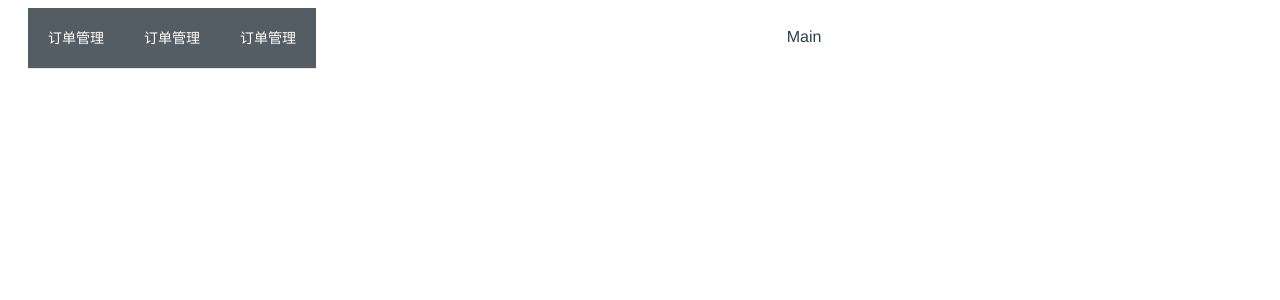
Repository: TheWomanLiketheWind/woodpecker
Page: /
The author's editor kept a copy of each file at every save. The page is drawn from the files as they stood at one save, then again after the next save.
The browser window is 1280 px wide. The pictures show the whole page.
The project was rebuilt for these pictures with package versions that can differ from the ones it lists, and the page was loaded fresh each time. Imported but missing from the stored project, and not drawn on this page: src/views/About.vue.

Above is the page before, as saved 2019-07-25 14:35:54.

### public/index.html
<!DOCTYPE html>
<html lang="en">
  <head>
    <meta charset="utf-8">
    <meta http-equiv="X-UA-Compatible" content="IE=edge">
    <meta name="viewport" content="width=device-width,initial-scale=1.0">
    <link rel="icon" href="<%= BASE_URL %>favicon.ico">
    <title>woodpecker</title>
  </head>
  <body>
    <noscript>
      <strong>We're sorry but woodpecker doesn't work properly without JavaScript enabled. Please enable it to continue.</strong>
    </noscript>
    <div id="app"></div>
    <!-- built files will be auto injected -->
  </body>
</html>

### src/App.vue
<template>
  <div id="app">
    <router-view />
  </div>
</template>

<style lang="scss">
#app {
  font-family: "Avenir", Helvetica, Arial, sans-serif;
  -webkit-font-smoothing: antialiased;
  -moz-osx-font-smoothing: grayscale;
  text-align: center;
  color: #2c3e50;
}
#nav {
  padding: 30px;
  a {
    font-weight: bold;
    color: #2c3e50;
    &.router-link-exact-active {
      color: #42b983;
    }
  }
}
</style>

### src/views/Home.vue
<template>
  <el-container>

    <Head msg="Welcome to Your Vue.js + TypeScript App"></Head>
    <el-main>Main</el-main>
  </el-container>
  <!-- <div class="home">
    <img alt="Vue logo" src="../assets/logo.png">
    <HelloWorld msg="Welcome to Your Vue.js + TypeScript App"/>
  </div> -->

</template>

<script lang="ts">
import { Component, Vue } from "vue-property-decorator";
import Head from "@/components/Head.vue"; // @ is an alias to /src

@Component({
  components: {
    Head
  }
})
export default class Home extends Vue {}
</script>

### src/components/Head.vue
<template>
  <el-header>
    <el-menu :default-active="activeIndex"
             class="el-menu-demo"
             mode="horizontal"
             background-color="#545c64"
             text-color="#fff"
             active-text-color="#ffd04b"
             @select="handleSelect">
      <el-menu-item :index="index + 1"
                    v-for="(item, index) in menuList"
                    :key="index">{{item.name}}</el-menu-item>
    </el-menu>
  </el-header>
</template>

<script lang="ts">
import { Component, Prop, Vue } from "vue-property-decorator";

@Component
export default class Head extends Vue {
  @Prop() private msg!: string;
  data() {
    return {
      activeIndex: "1",
      menuList: [
        {
          name: "订单管理",
          link: ""
        },
        {
          name: "订单管理",
          link: ""
        },
        {
          name: "订单管理",
          link: ""
        }
      ]
    };
  }

  private handleSelect(key: any, keyPath: any) {
    console.log(key, keyPath);
  }
}
</script>

<style>
</style>

Loaded but not shown: src/main.ts (common file); src/router.ts (common file); src/store.ts (common file)

After the next save:
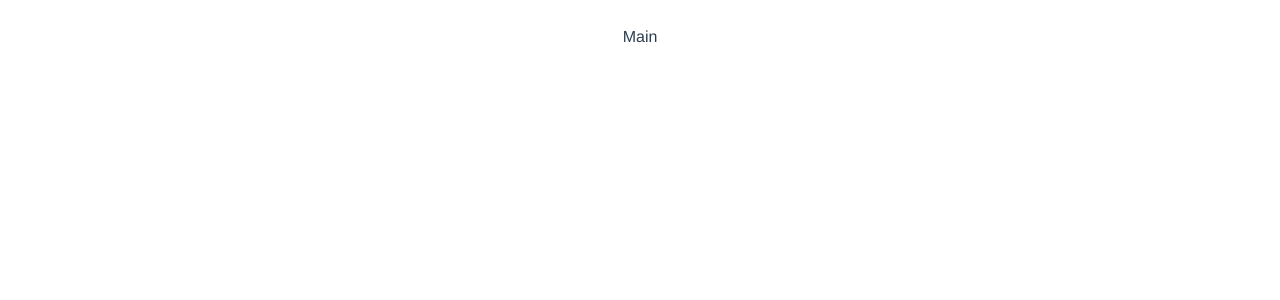
Saved 10 s later.
--- a/src/components/Head.vue
+++ b/src/components/Head.vue
@@ -7,7 +7,7 @@
              text-color="#fff"
              active-text-color="#ffd04b"
              @select="handleSelect">
-      <el-menu-item :index="index + 1"
+      <el-menu-item :index="string(index + 1)"
                     v-for="(item, index) in menuList"
                     :key="index">{{item.name}}</el-menu-item>
     </el-menu>

After the save that followed:
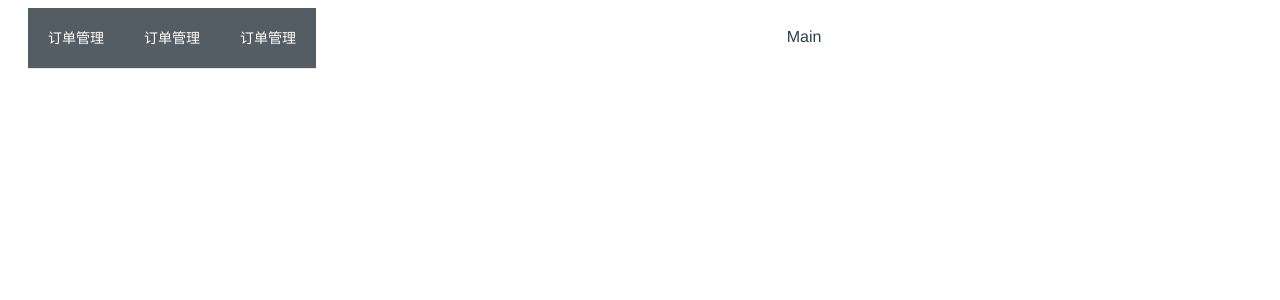
Saved 32 s later.
--- a/src/components/Head.vue
+++ b/src/components/Head.vue
@@ -7,7 +7,7 @@
              text-color="#fff"
              active-text-color="#ffd04b"
              @select="handleSelect">
-      <el-menu-item :index="string(index + 1)"
+      <el-menu-item :index="index + 1"
                     v-for="(item, index) in menuList"
                     :key="index">{{item.name}}</el-menu-item>
     </el-menu>
